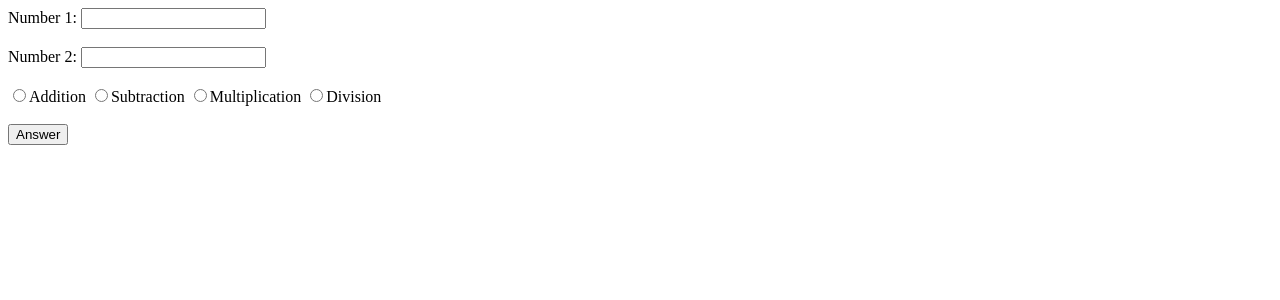
Repository: yogendra-dashore/java-ism
Page: ServletCalcutalor/src/main/webapp/calcy.html
An editor plug-in stored every save of this project. The page is shown before and after the next save, followed by the edit.
The browser window is 1280 px wide. The pictures show the whole page.

Above is the page before, as saved 2023-03-28 11:32:45.

After the next save:
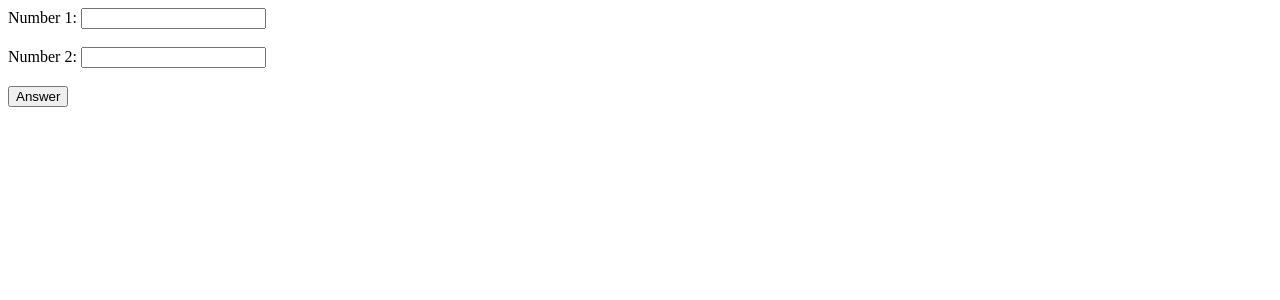
Saved 75 s later.
--- a/ServletCalcutalor/src/main/webapp/calcy.html
+++ b/ServletCalcutalor/src/main/webapp/calcy.html
@@ -11,14 +11,7 @@ Number 1: <input type="number" name="number1"><br><br>
 Number 2: <input type="number" name="number2"><br><br>
 
 
-<input type="radio"  name="addition" value="add">Addition
 
-<input type="radio" name="subtraction" value="sub">Subtraction
-
-<input type="radio"  name="multiplication" value="multi">Multiplication
-
-<input type="radio"  name="division" value="div">Division
-<br><br>
 
 
 <input type="Submit" value="Answer"/>
